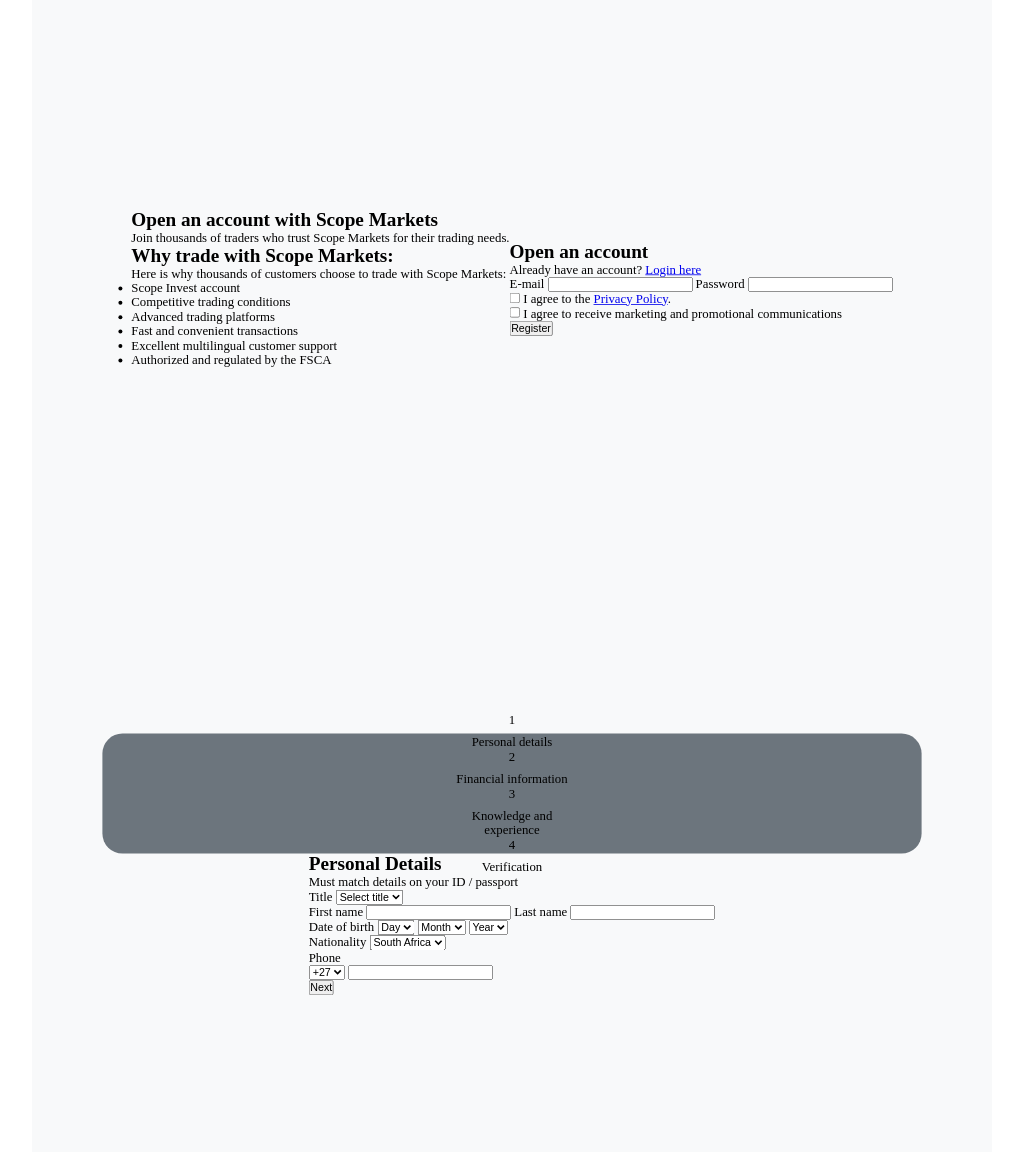
Repository: Jacques-Jaki-Morkel/vaultmarkets_SignupFlow
Page: index.HTML
These files come from the project's save history. The page is drawn as it stood at one moment and after the next save; the edit follows.
The browser window is 1280 px wide. The pictures show the whole page, at 80% of full size.

Above is the page before, as saved 2025-07-30 14:28:21.

After the next save:
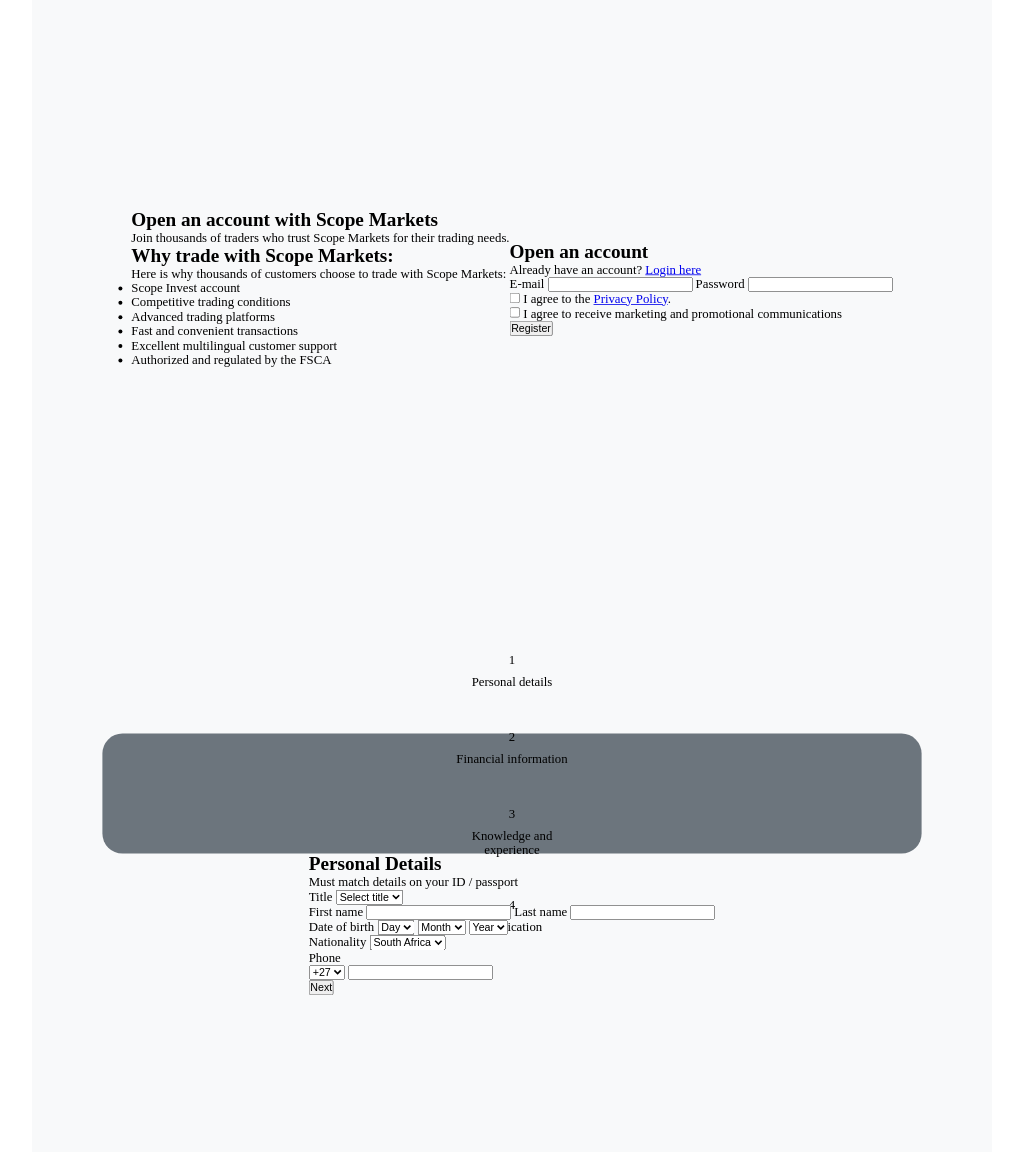
Saved 5 s later.
--- a/styles.css
+++ b/styles.css
@@ -46,6 +46,10 @@
 }
 .progress-steps{
     gap: 50px;
+     display: flex;
+    justify-content: flex-start;
+    flex-direction: column;
+    align-items: center;
 }
 
 .progress-steps li {
